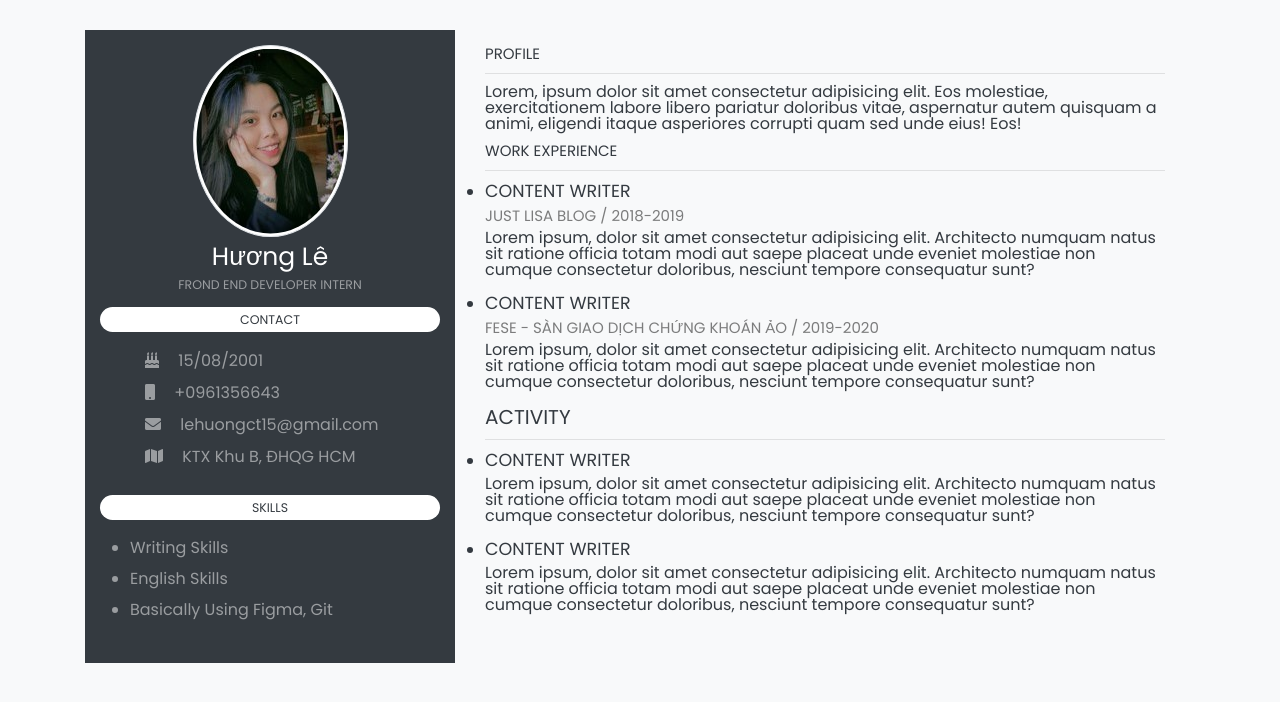
Repository: huongle158/cvhuongle
Page: index.html
The author's editor kept a copy of each file at every save. The page is drawn from the files as they stood at one save, then again after the next save.
The browser window is 1280 px wide. The pictures show the whole page.
Some web libraries are served in a nearby version.

Above is the page before, as saved 2021-12-12 23:50:05.

After the next save:
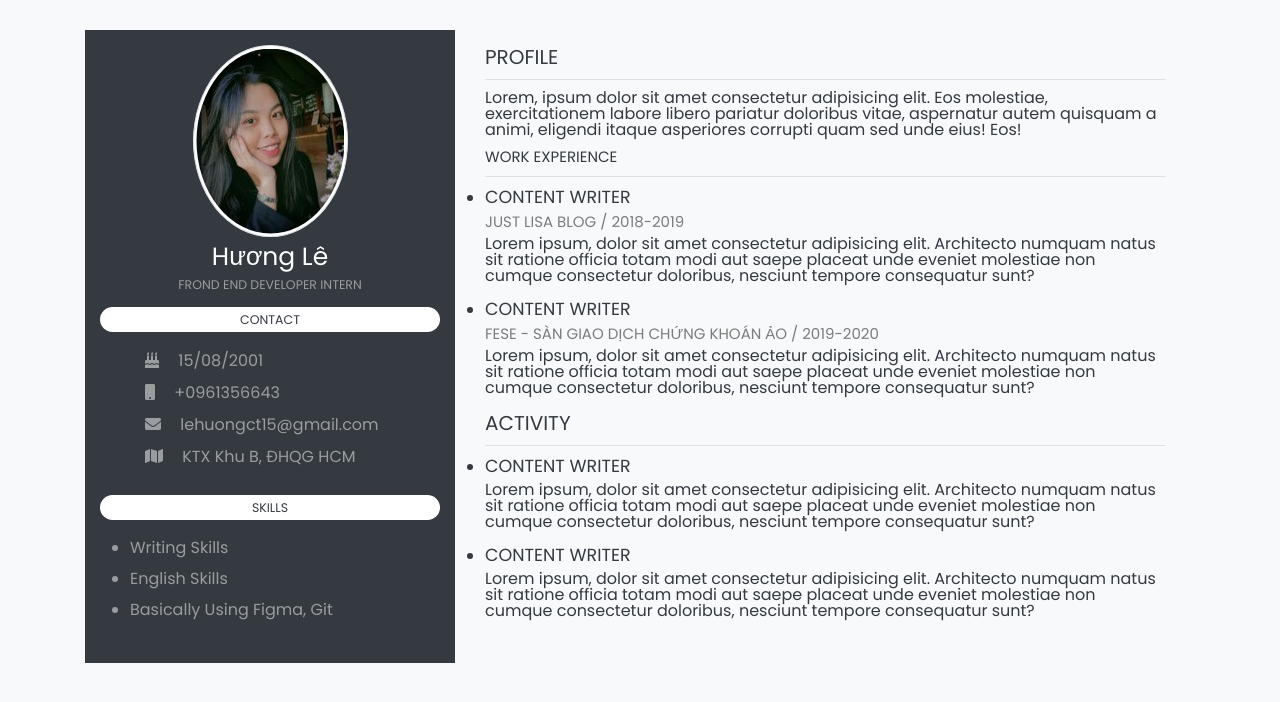
Saved 6 s later.
--- a/index.html
+++ b/index.html
@@ -75,7 +75,7 @@
 
         <div class="col-lg-8 bg-light text-dark py-4 px-5">
             <div class="header-right">
-                <h4 class="text-uppercase">profile</h4>
+                <h2 class="text-uppercase">profile</h2>
                 <hr>
                 <p>Lorem, ipsum dolor sit amet consectetur adipisicing elit. Eos molestiae, exercitationem labore libero pariatur doloribus vitae, aspernatur autem quisquam a animi, eligendi itaque asperiores corrupti quam sed unde eius! Eos!</p>
 
